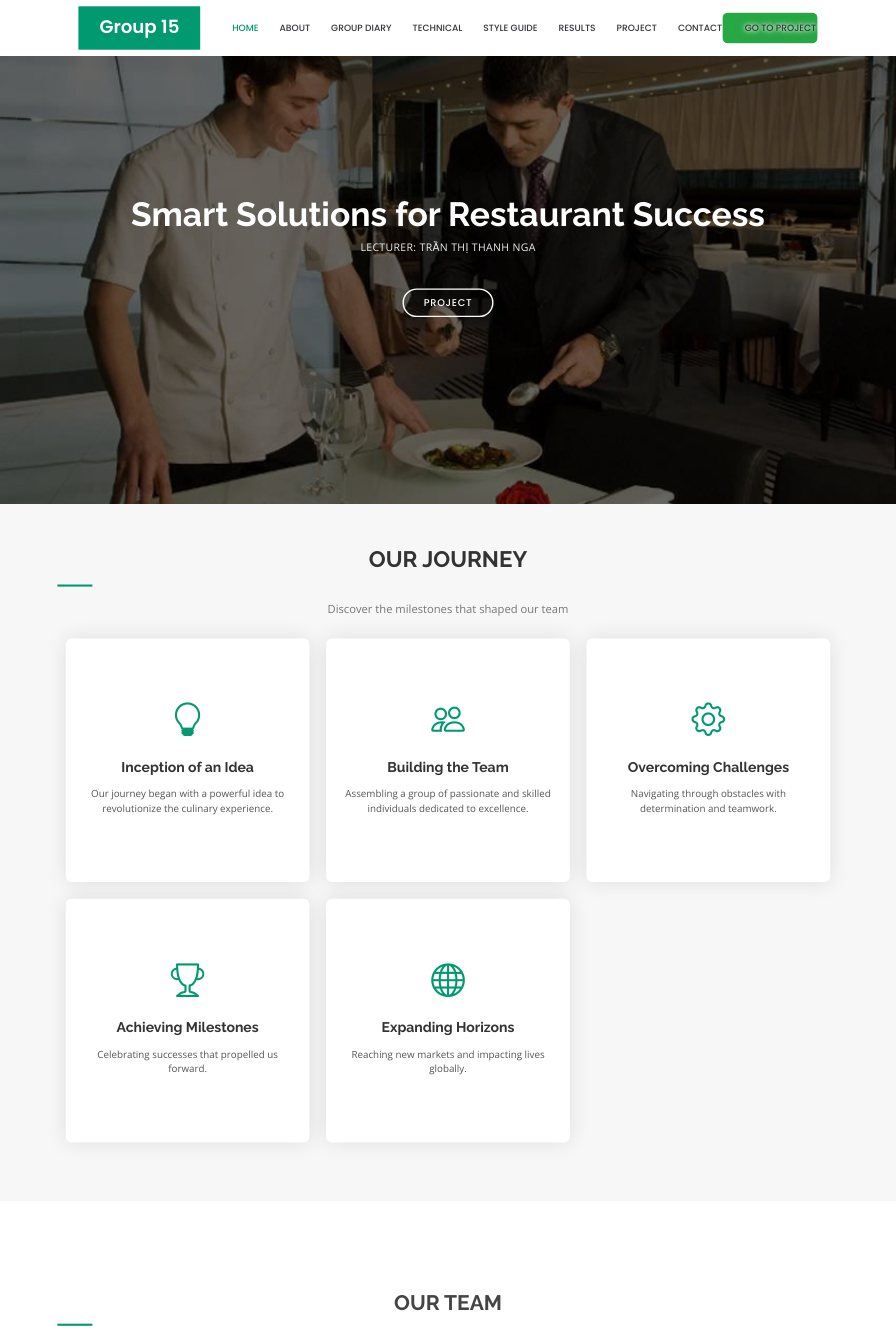
Repository: HoangKhangKhuPho4/Group_Web
Page: index.html
An editor plug-in stored every save of this project. The page is shown before and after the next save, followed by the edit.
The browser window is 1280 px wide. The pictures show the part of the page from y = 0 to 1920 px (the page is 2787 px tall), at 70% of full size.
Backgrounds fixed to the window are drawn as part of the page.

Above is the page before, as saved 2024-11-15 21:33:23.

After the next save:
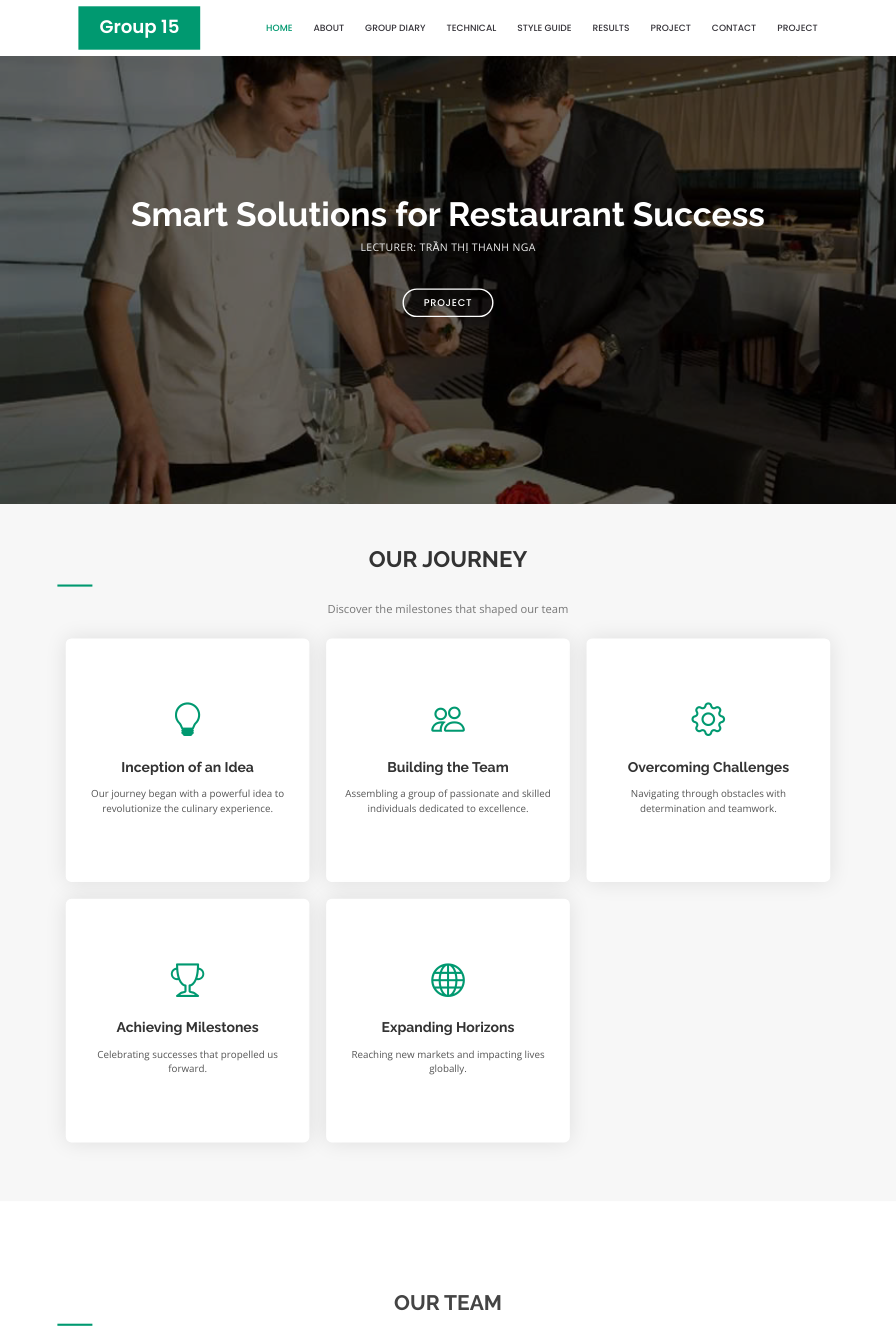
Saved 40 s later.
--- a/index.html
+++ b/index.html
@@ -162,9 +162,9 @@
                 <a class="nav-link scrollto" href="contact.html">Contact</a>
               </li>
               <li>
-                <a href="https://hoangkhangkhupho4.github.io/Project_Web/" class="cta-btn">
-                  <span>Go To Project</span>
-                </a>
+                <a href="" target="_blank" class="btn-get-started scrollto"
+                >Project</a
+              >
 
               </li>
             </ul>
